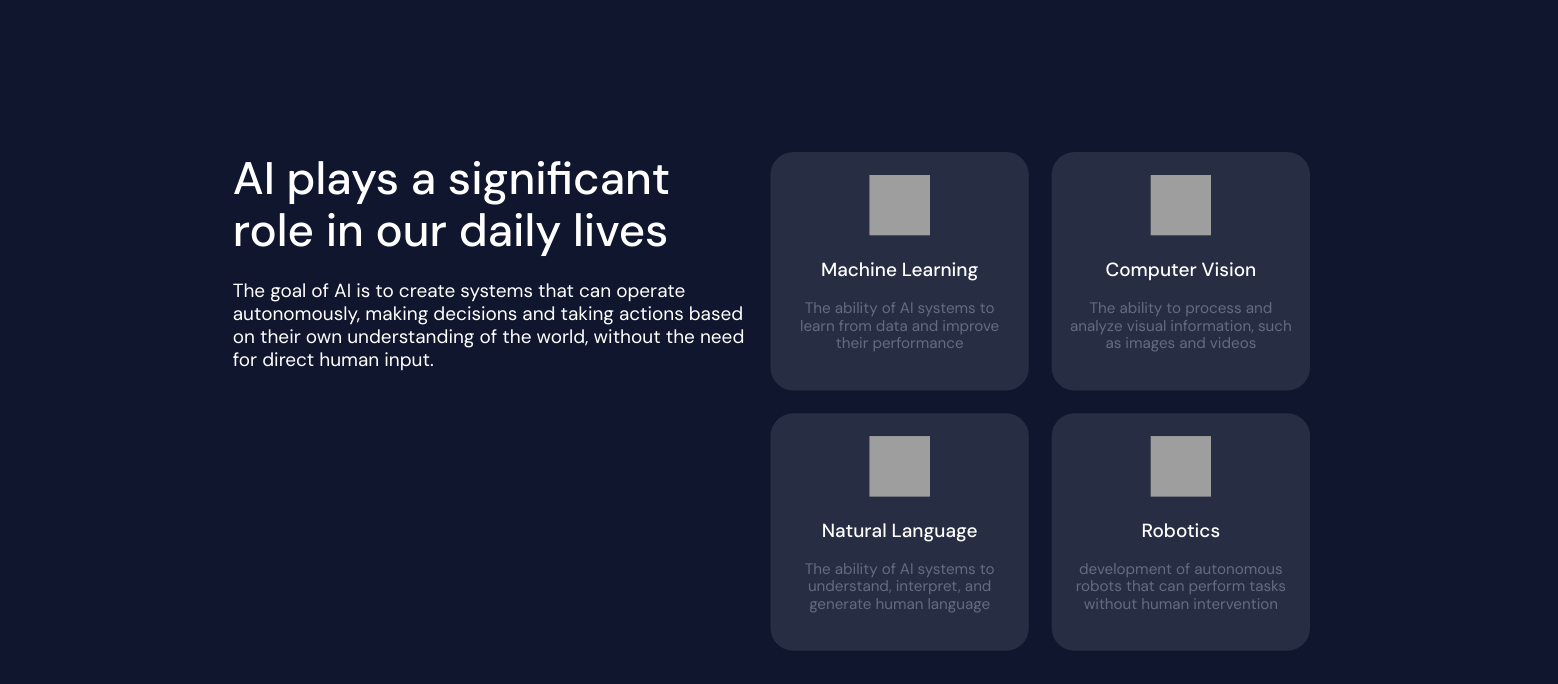
Repository: guli95/four-areas-of-AI-INVO-ACAdemy
Page: /
An editor plug-in stored every save of this project. The page is shown before and after the next save, followed by the edit.
The browser window is 1280 px wide. The page is 1640 px wide, then 1580 px, so the pictures cover 1640 px, including what lies to the right of the window. The pictures show the whole page, at 95% of full size.
Pictures or frames that could not be fetched are drawn as grey boxes. The project was rebuilt for these pictures with package versions that can differ from the ones it lists, and the page was loaded fresh each time.

Above is the page before, as saved 2023-03-13 14:48:36.

After the next save:
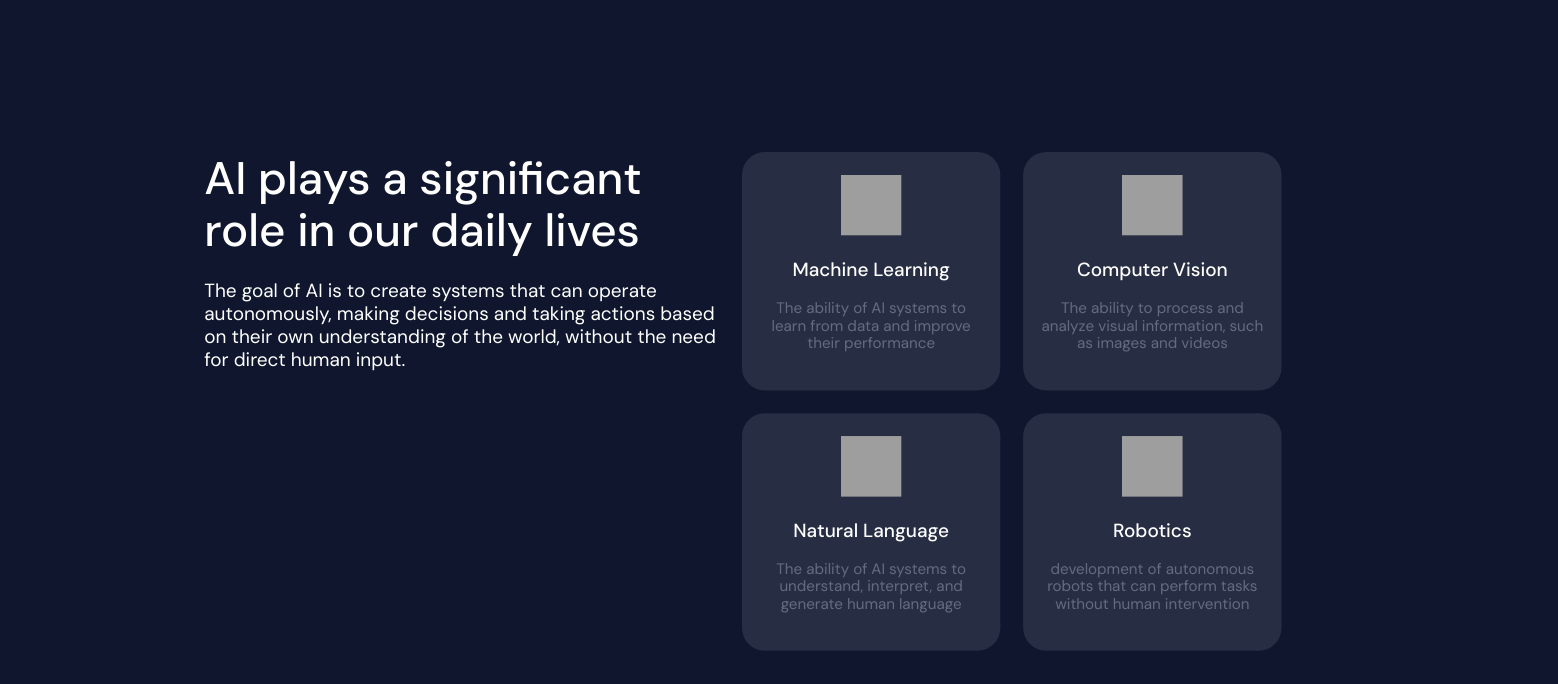
Saved 9 s later.
--- a/src/pages/home-page/styles/home-page.scss
+++ b/src/pages/home-page/styles/home-page.scss
@@ -8,7 +8,7 @@
     height: 100%;
 
  .flexbox-container{
-    width: 1640px;
+    width: 1580px;
     display: flex;
     justify-content: center;
     margin: 160px auto 0 auto;
